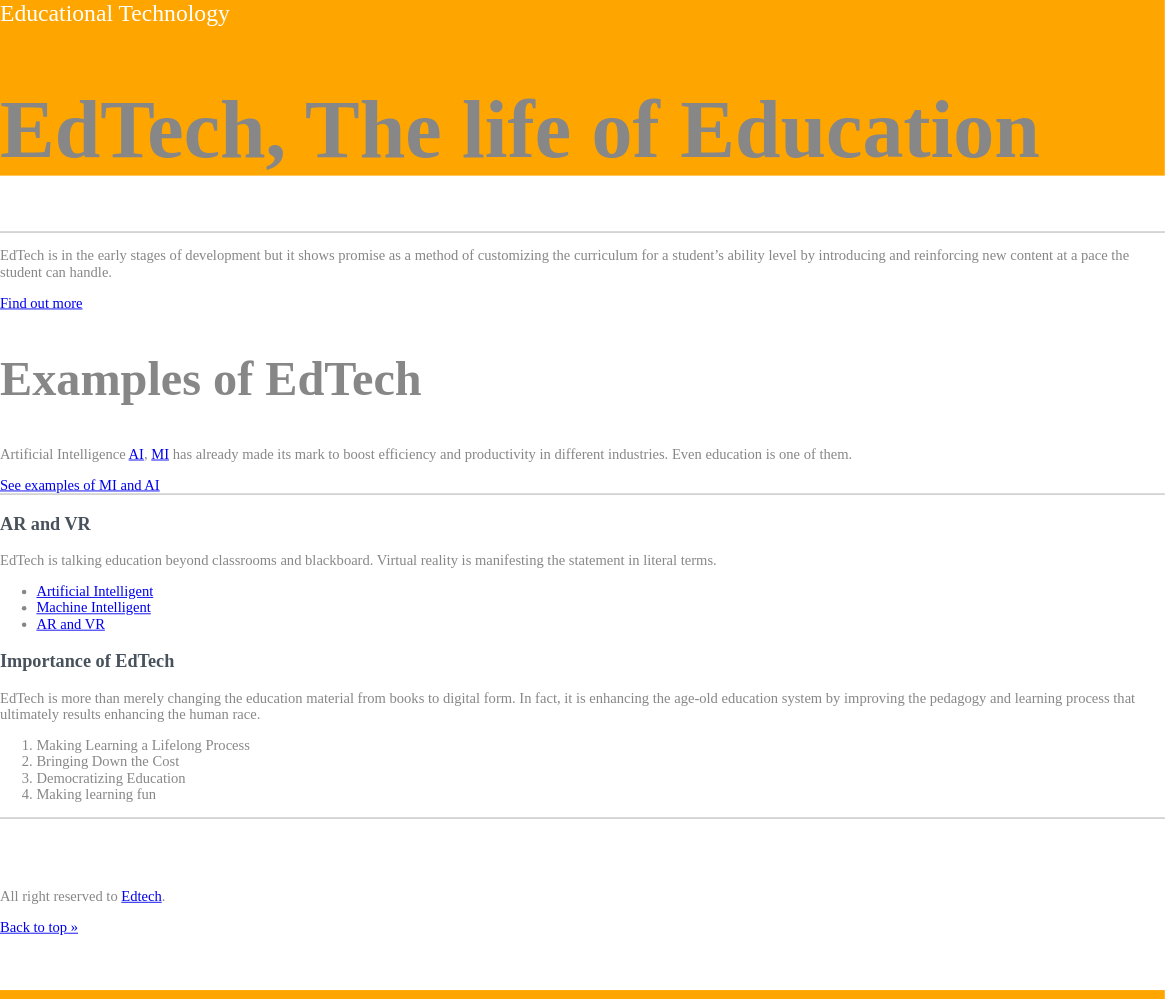
Repository: tunmishyi/edtech
Page: index.html
The author's editor kept a copy of each file at every save. The page is drawn from the files as they stood at one save, then again after the next save.
The browser window is 1280 px wide. The pictures show the whole page, at 91% of full size.

Above is the page before, as saved 2020-06-06 17:41:42.

### index.html
<html>
	<head>
		<title>EdTech</title>
		<link rel="stylesheet" href="/home/peterolayinka/Documents/archive/tutorial/jumoke/css/style.css">
	</head>
	<body>
		<header id="top" class="main-header">
			<span>Educational Technology</span>
			<h1>EdTech, The life of Education</h1>
		</header>

		<div class="primary-content, t-border">
			<p>
					EdTech is in the early stages of development but it shows promise as a method of customizing the curriculum for a student’s ability level by introducing and reinforcing new content at a pace the student can handle.
			</p>
			<a href="#">Find out more</a>
			<h2>Examples of EdTech</h2>
			<p>
				Artificial Intelligence <a href="#">AI</a>, <a href="#">MI</a> has already made its mark to boost efficiency and productivity in different industries. Even education is one of them.
			</p>
			<a href="#" class="callout">See examples of MI and AI</a>
		</div>

		<div class="secondary-content t-border">
			<h3>AR and VR</h3>
				<p>
					EdTech is talking education beyond classrooms and blackboard. Virtual reality is manifesting the statement in literal terms.
				</p>
				<ul>
					<li><a href="#">Artificial Intelligent</a></li>
					<li><a href="#">Machine Intelligent</a></li>
					<li><a href="#">AR and VR</a></li>
				</ul>
				<h3>Importance of EdTech</h3>
				<p>
					EdTech is more than merely changing the education material from books to digital form. In fact, it is enhancing the age-old education system by improving the pedagogy and learning process that ultimately results enhancing the human race.
				</p>
				<ol>
					<li>Making Learning a Lifelong Process</li>
					<li>Bringing Down the Cost</li>
					<li>Democratizing Education</li>
					<li>Making learning fun</li>
				</ol>
			</div>

			<footer id="main-footer" class="t-border">
				<p>All right reserved to <a href="#">Edtech</a>.</p>
				<a href="#top">Back to top &raquo;</a>
			</footer>
	</body>
</html>

### style.css
body {
   color: #878787;
   margin: 0;
}

.main-header {
    background-color: orange;
}

.main-header span {
    color: white;
    font-size: 26px;
}
h1 {
    font-size: 90px;
    color: wite;
    }

    h2 {
        font-size: 53px;
    }

    h3 {
        font-size: 20px;
        color: #48525c;
    }

    .primary-content {
        text-align: center
    }

    .t-border {
        border-top: 2px solid lightgrey;
    }

    #main-footer {
        padding-top: 60px;
        padding-bottom: 60px;
        border-bottom: solid 10px orange;
    }

After the next save:
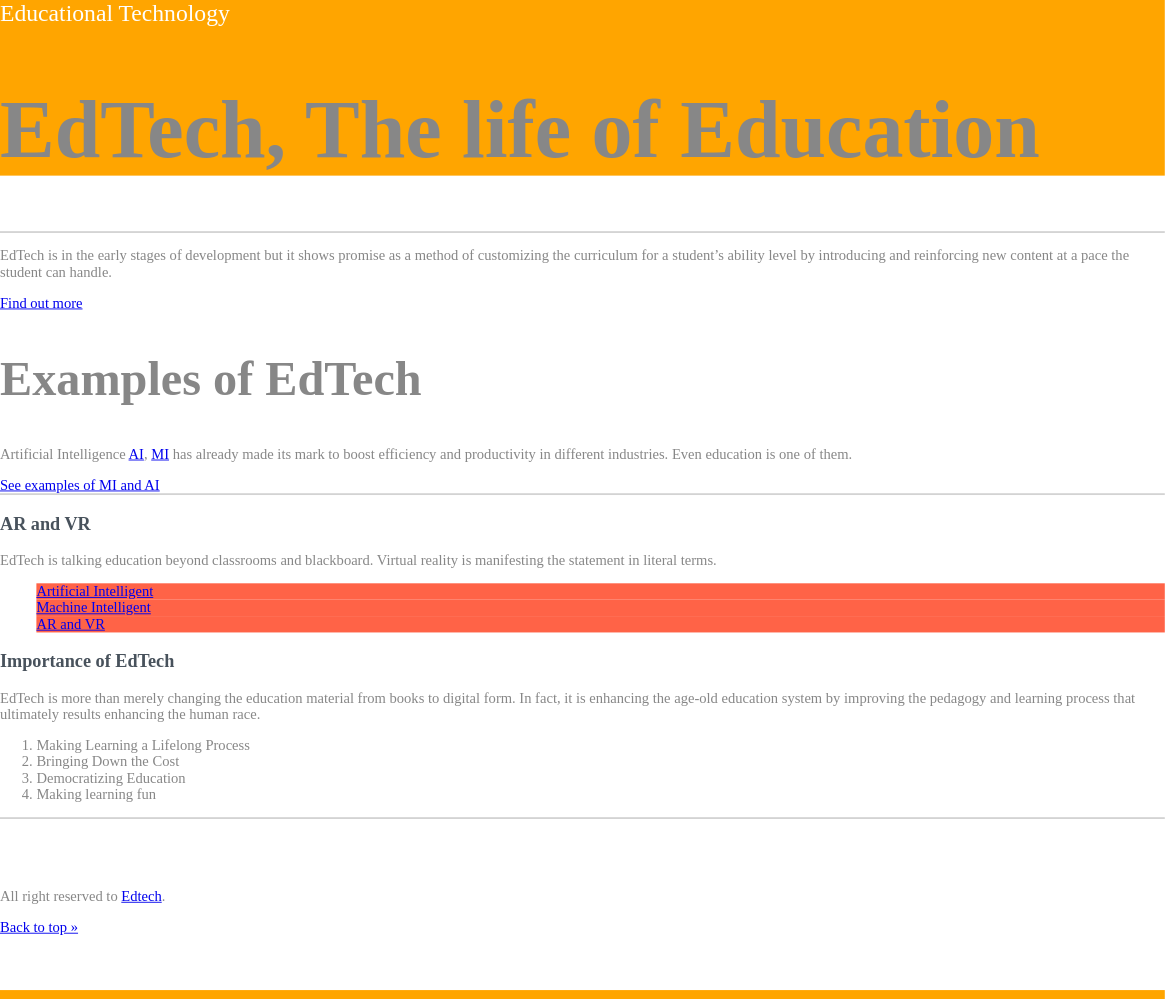
Saved 56 s later.
--- a/style.css
+++ b/style.css
@@ -11,6 +11,12 @@ body {
     color: white;
     font-size: 26px;
 }
+
+ul li {
+    background-color: tomato;
+    color: white;
+}
+
 h1 {
     font-size: 90px;
     color: wite;
